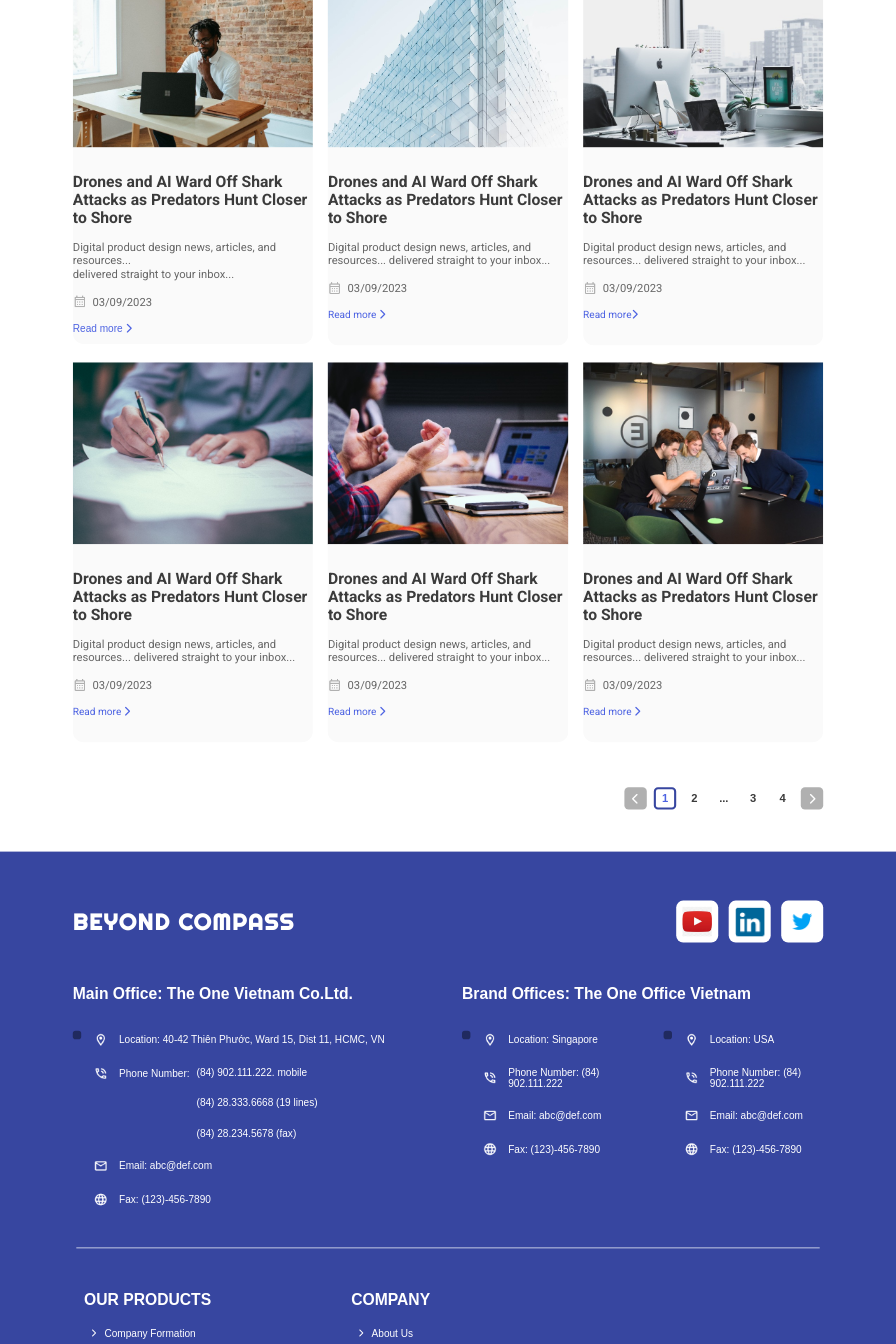
Repository: trunghau06/baitapRn
Page: pages/news.html
The author's editor kept a copy of each file at every save. The page is drawn from the files as they stood at one save, then again after the next save.
The browser window is 1280 px wide. The pictures show the part of the page from y = 941 to 2861 px (the page is 3204 px tall before and 3287 px after), at 70% of full size.

Above is the page before, as saved 2025-10-15 19:51:01.

After the next save:
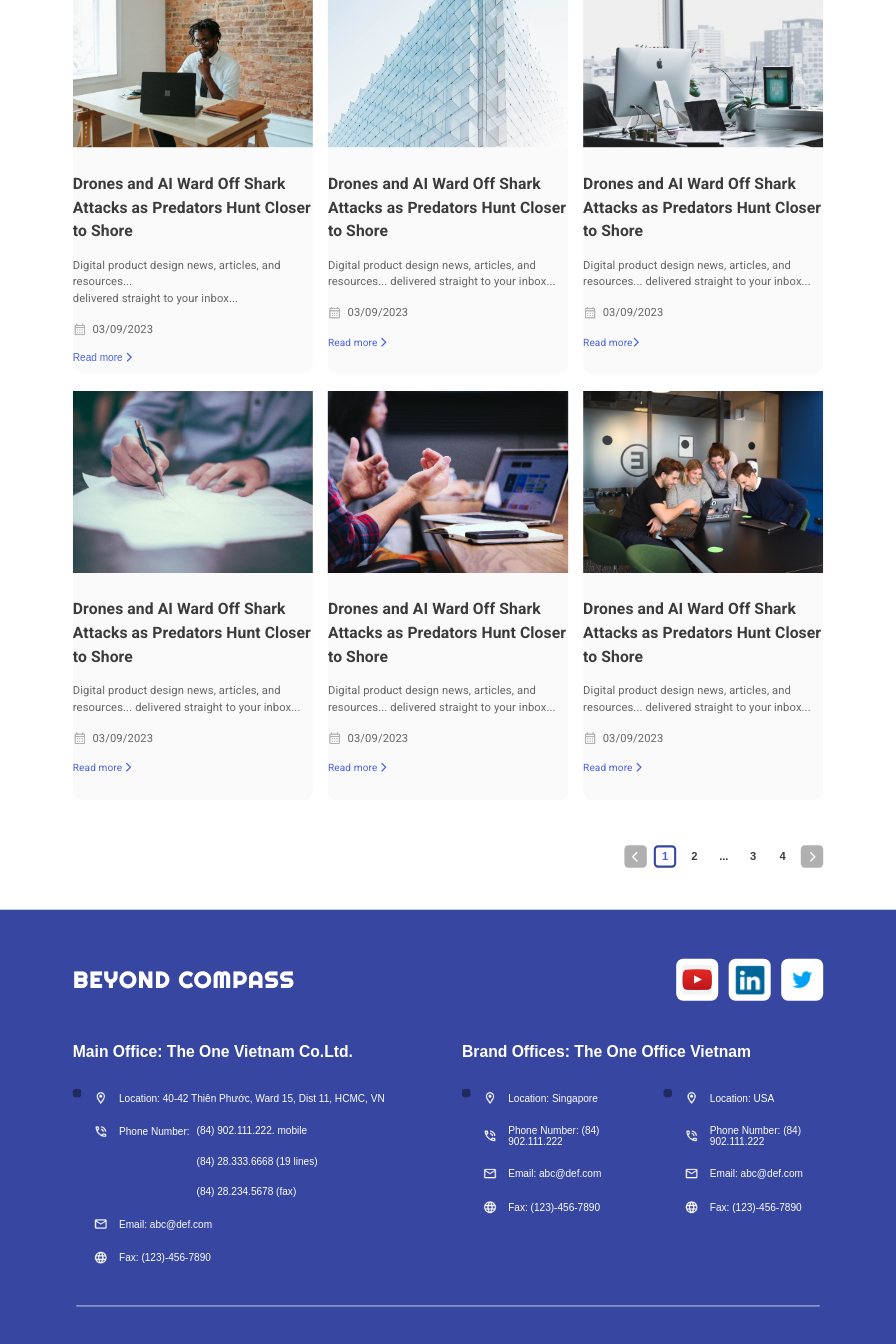
Saved 18 s later.
--- a/style/news.css
+++ b/style/news.css
@@ -318,7 +318,8 @@ nav {
     font-weight: 700;
     margin: 20px 0;
     justify-items: flex-start;
-
+    line-height: 1.5;
+    letter-spacing: 0.16px;
 }
 
 .content-box p {
@@ -328,6 +329,8 @@ nav {
     margin-bottom: 20px;
     justify-items: flex-start;
     color: #666666 !important;
+    line-height: 1.5;
+    letter-spacing: 0.16px;
 }
 
 .calendar-Box {
